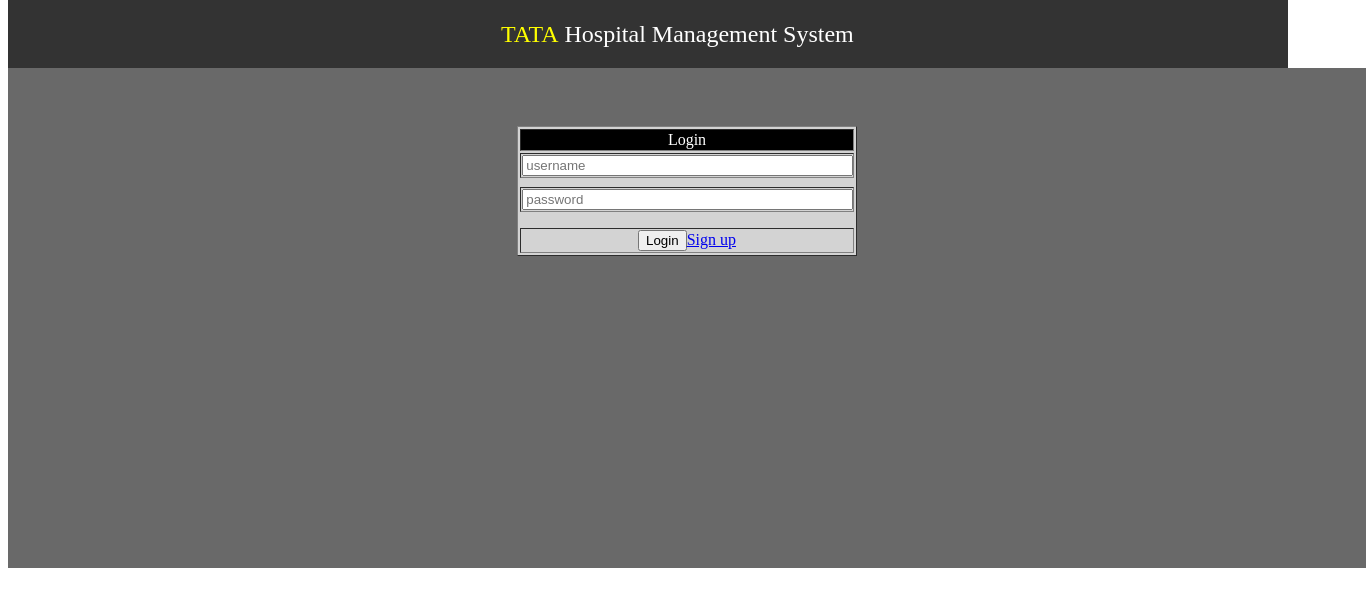
Repository: gopikavinod/RBM
Page: http://localhost/Hospital_Management_System/RegisterPatient.jsp
These files come from the project's save history. The page is drawn as it stood at one moment and after the next save; the edit follows.
The browser window is 1280 px wide. The page is 1366 px wide, so the pictures cover 1366 px, including what lies to the right of the window. The pictures show the whole page.
The page is served by Tomcat 9. Other server files are loaded and not shown.

Above is the page before, as saved 2020-06-27 09:26:45.

### eclipse-workspace/Hospital Management System/WebContent/Login.jsp
<%@ page language="java" contentType="text/html; charset=ISO-8859-1"
    pageEncoding="ISO-8859-1"

    %>
<!DOCTYPE html>
<html>
<head>
<meta charset="ISO-8859-1">
<title>Login</title>
<style>
    /* Add some padding on document's body to prevent the content
    to go underneath the header and footer */
    body{
        padding-top: 60px;
        padding-bottom: 40px;
    }
    .container{
        margin: 0 auto; /* Center the DIV horizontally */
    }
    .fixed-header, .fixed-footer{
        width: 100%;
        position: fixed;
        background: #333;
        padding: 10px 0;
        color: #fff;
    }
    .fixed-header{
        top: 0;
    }

    /* Some more styles to beutify this example */

    .container p{
        line-height: 200px; /* Create scrollbar to test positioning */
    }
    p.detail
    {
    color:yellow;
    line-height: 0px;
    font-size: x-large;
    }
    span.name{
    	color:white;
    	font-size: x-large;
    }
    tr
    {
    height: 5px;
    }
    span.aestric
    {
    color: red;
    }


</style>
<script>

function disableBackButton()
 {
  //location.href("logout.html");

 }
if(window.history.forward(1) != null)
         window.history.forward(1);
</script>
</head>
<body>
 <div class="fixed-header">
<div class="container" style="padding-left: 493px;">
  <p class="detail" >TATA<span class="name">&nbsp;Hospital Management System</span></p>
</div>
 </div>
   <div class="container" style="background-color: dimgrey;width:1358px;height:500px">
   	<script>
	function form_validation() {

		var uname=document.myForm.un.value;
		var pwd=document.myForm.pw.value
		if(uname=="")
			{
			 alert("please enter username")
			}
		else if(pwd=="")
			{

			}

	}
	</script>

   <form action="LoginServlet" name="myForm"  style="padding-top: 58px" onload="disableBackButton()" onsubmit=" return form_validation();" method="post">

		<!-- 	Please enter your username
			<input type="text" name="un"/><br>

			Please enter your password
			<input type="text" name="pw"/>

			<input type="submit" value="submit"> -->
<table align="center" border="1" width="25%" bgcolor="#D3D3D3">

<tr>
<td align="center" colspan="2"  style="background-color: black; color: white;" >Login</td>
</tr>
<tr>
<td><input type="text" name="un" style="width: 98% " colspan="2" placeholder="username" minlength="8"  >  </td>
</tr>
<tr>
</tr>
<tr>

<td> <input type="password" name="pw" style="width: 98%" colspan="2" placeholder="password"  pattern="^(?=.*?[A-Z])(?=.*?[a-z])(?=.*?[0-9])(?=.*?[#?!@$%^&*-]).{8,}$" oninvalid="this.setCustomValidity('Invalid Password')" required="required" > </td>
</tr>
<tr></tr>
<tr></tr>
<tr>
<td align="center" colspan="2"><input type="submit" onclick="disableBackButton()" value="Login" ><a href="Signup.jsp">Sign up</a>  </td>
</tr>

</table>
<br>
	${message}
		</form>
   </div>

</body>
</html>

After the next save:
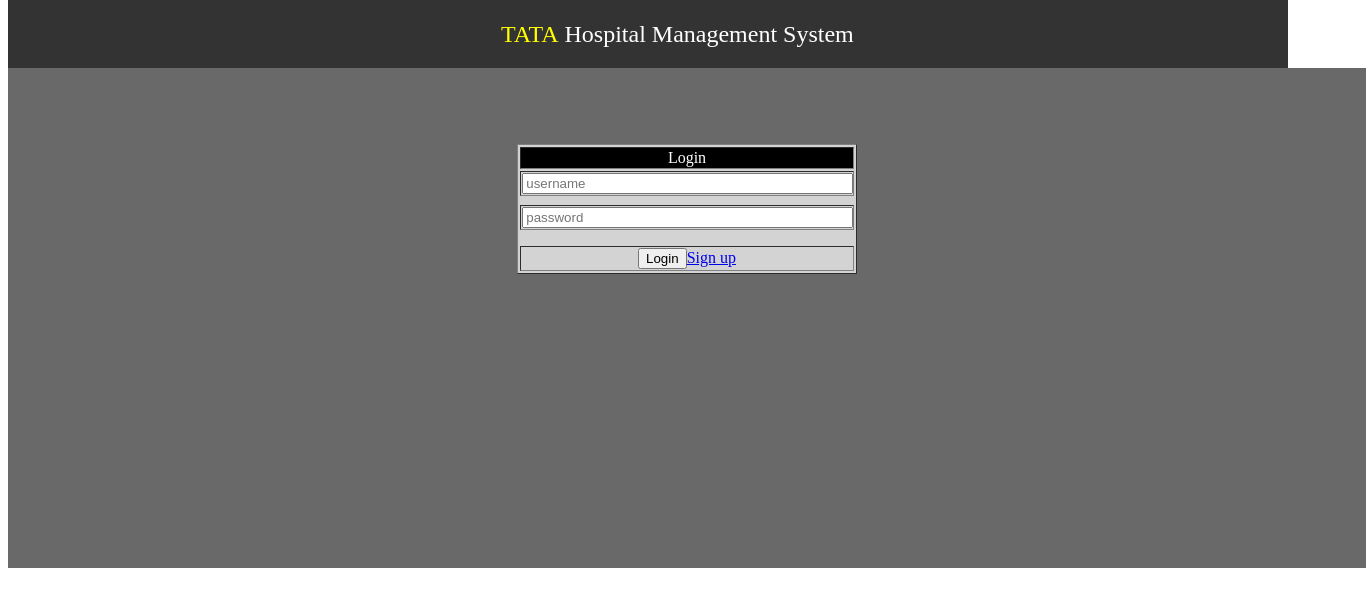
Saved 96 s later.
--- a/eclipse-workspace/Hospital Management System/WebContent/Login.jsp
+++ b/eclipse-workspace/Hospital Management System/WebContent/Login.jsp
@@ -88,7 +88,7 @@
 
 	}
 	</script>
-
+	${message} <br>
    <form action="LoginServlet" name="myForm"  style="padding-top: 58px" onload="disableBackButton()" onsubmit=" return form_validation();" method="post">
 
 		<!-- 	Please enter your username
@@ -117,11 +117,10 @@
 <tr>
 <td align="center" colspan="2"><input type="submit" onclick="disableBackButton()" value="Login" ><a href="Signup.jsp">Sign up</a>  </td>
 </tr>
+</table>
 
-</table>
-<br>
-	${message}
 		</form>
+		${message} <br>
    </div>
 
 </body>

After the save that followed:
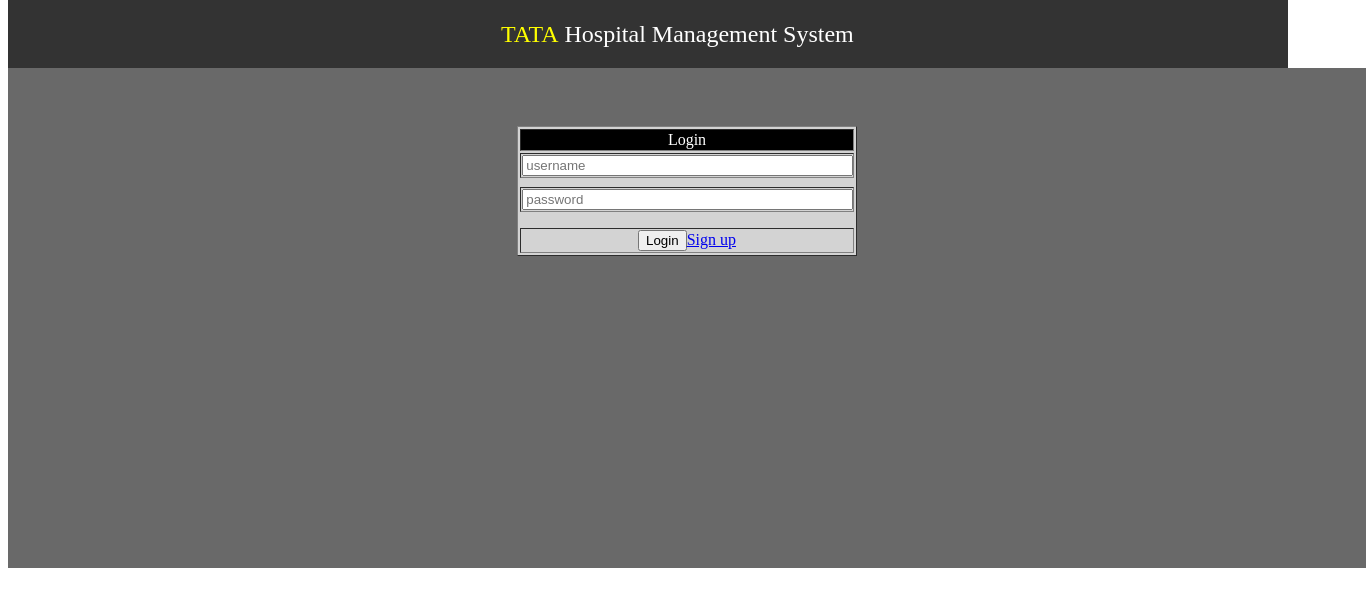
Saved 3 min 35 s later.
--- a/eclipse-workspace/Hospital Management System/WebContent/Login.jsp
+++ b/eclipse-workspace/Hospital Management System/WebContent/Login.jsp
@@ -88,7 +88,7 @@
 
 	}
 	</script>
-	${message} <br>
+
    <form action="LoginServlet" name="myForm"  style="padding-top: 58px" onload="disableBackButton()" onsubmit=" return form_validation();" method="post">
 
 		<!-- 	Please enter your username
@@ -120,7 +120,10 @@
 </table>
 
 		</form>
+		<div>
 		${message} <br>
+		</div>
+
    </div>
 
 </body>
